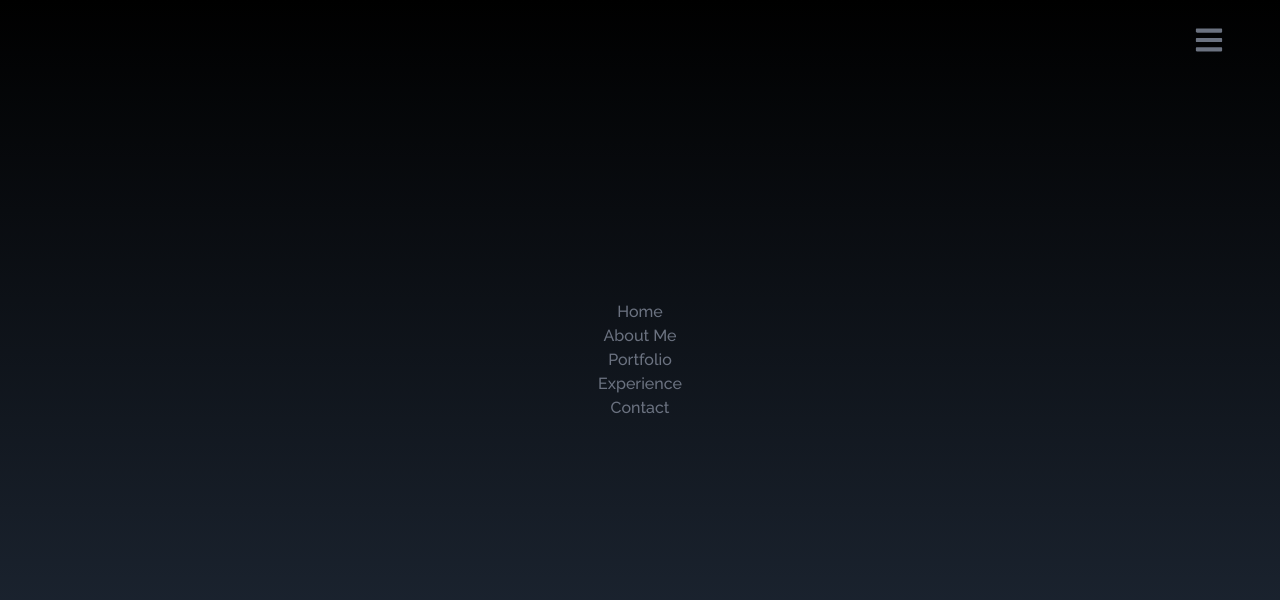
Repository: shikubro90/portfolio2
Page: /
These files come from the project's save history. The page is drawn as it stood at one moment and after a run of saves; the edit follows.
The browser window is 1280 px wide. The pictures show the whole page.
The project was rebuilt for these pictures with package versions that can differ from the ones it lists, and the page was loaded fresh each time.

Above is the page before, as saved 2022-08-20 02:44:56.

After the next 2 saves:
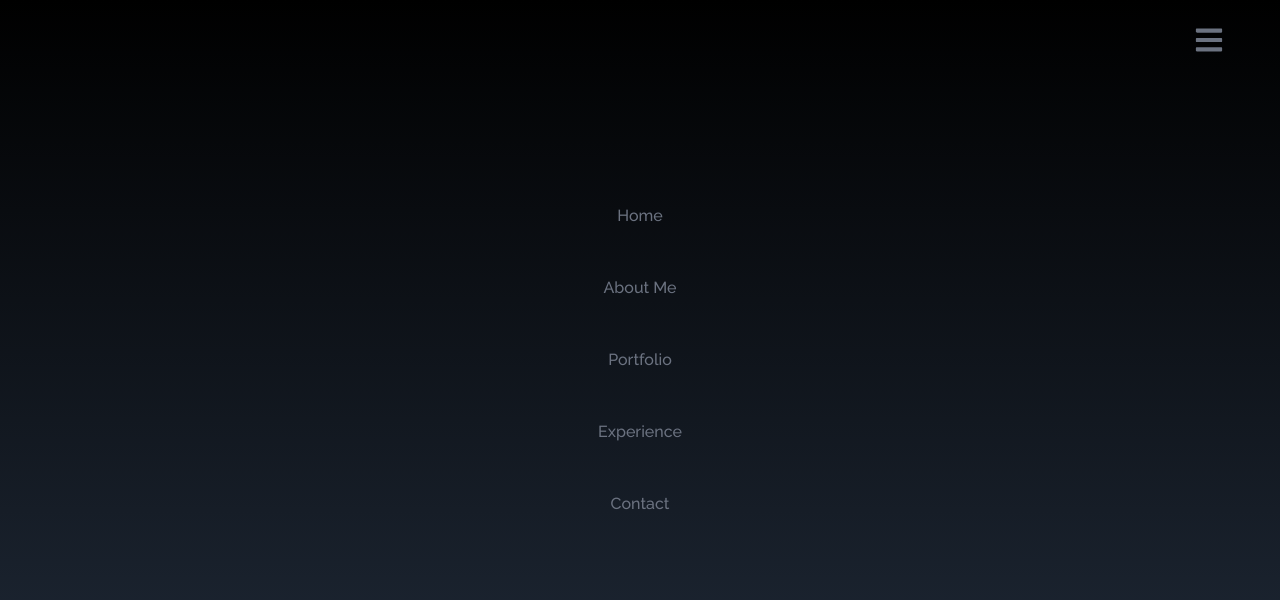
The 2 saves are shown as one change because they came seconds apart.
The last was saved 73 s later.
--- a/src/components/Navbar.jsx
+++ b/src/components/Navbar.jsx
@@ -53,7 +53,7 @@
           {
             links.map(({id, link})=>{
               return(
-                <li key={link.id} className='px-4 cursor-pointer capitalize font-medium text-gray-500 hover:scale-105 duration-200 '>
+                <li key={link.id} className='px-4 py-6 cursor-pointer capitalize font-medium text-gray-500 hover:scale-105 duration-200 '>
                     {link}
                 </li>
               )
